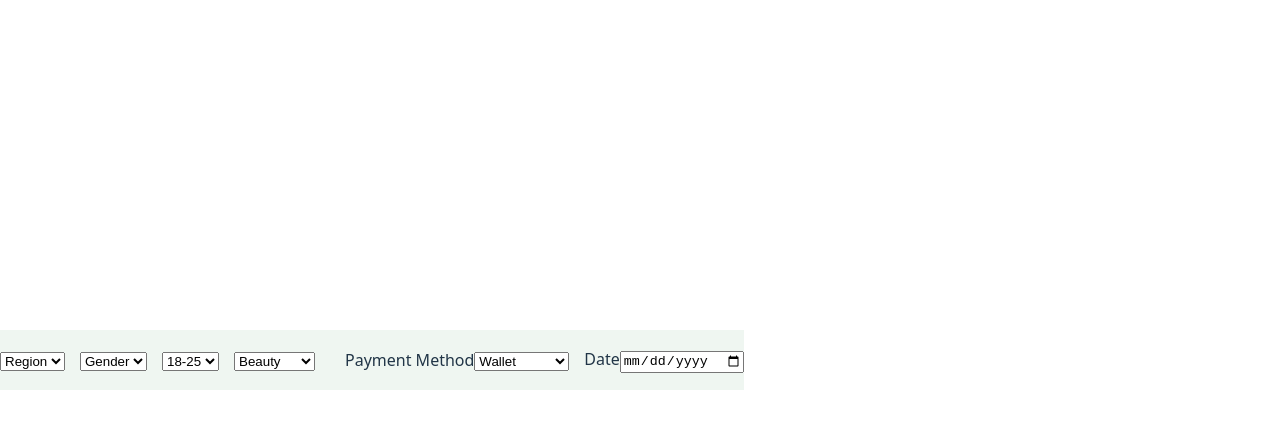
Repository: SandeepYadav18717/TruEstae
Page: / (app in TruEstae/)
These files come from the project's save history. The page is drawn as it stood at one moment and after the next save; the edit follows.
The browser window is 1280 px wide. The pictures show the whole page.
The project was rebuilt for these pictures with package versions that can differ from the ones it lists, and the page was loaded fresh each time. Also part of the build but not shown: TruEstae/vite.config.js, TruEstae/src/App.css, TruEstae/src/Styles/Logo.css, TruEstae/src/Pages/Logo.jsx, TruEstae/src/Styles/search_bar.css, TruEstae/src/components/search_bar.jsx.

Above is the page before, as saved 2025-12-07 00:53:05.

After the next save:
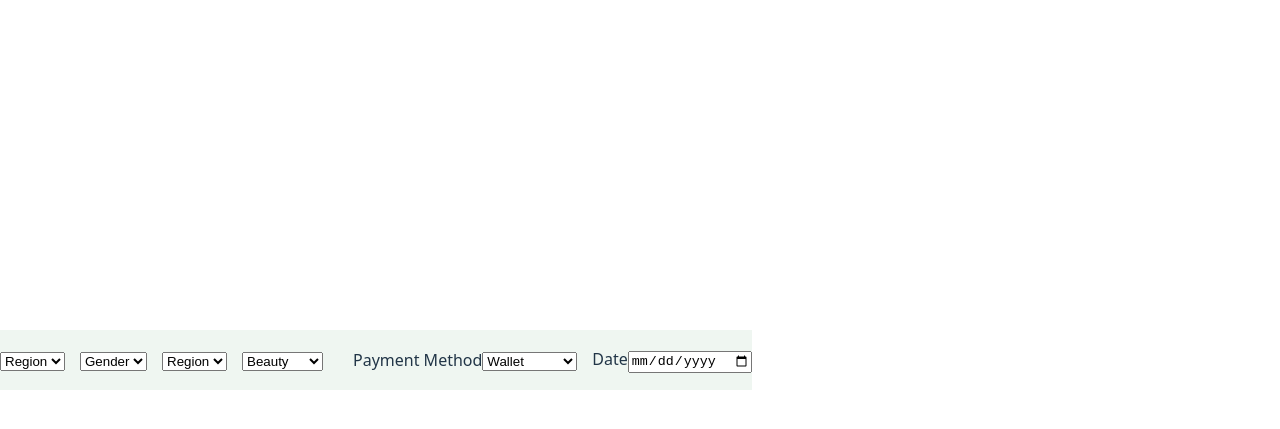
Saved 4 s later.
--- a/TruEstae/src/Pages/Home.jsx
+++ b/TruEstae/src/Pages/Home.jsx
@@ -30,6 +30,7 @@ function Home() {
       <div id="Age">
 
         <select>
+            <option value="" hidden>Region</option>
           <option>18-25</option>
           <option>26-35</option>
           <option>36-50</option>
